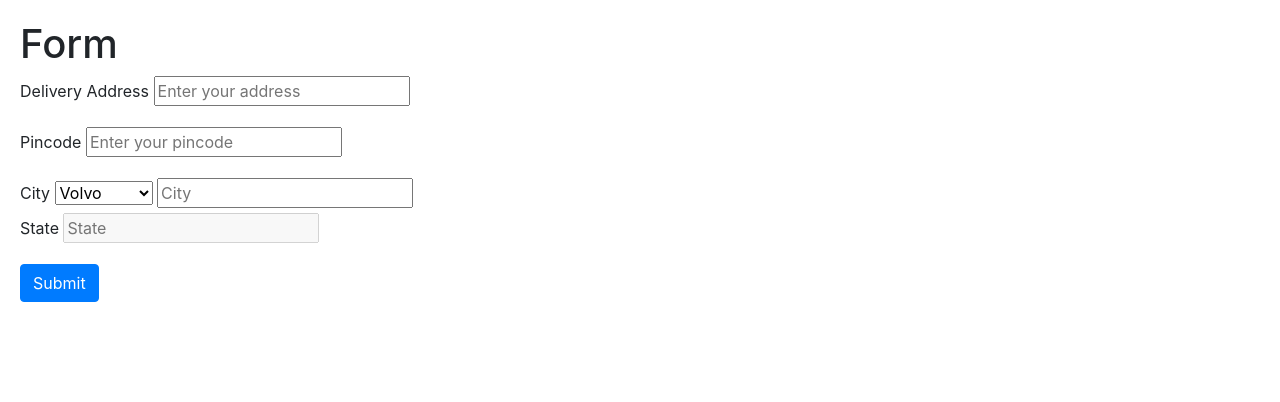
Repository: piyushj81/ComputerShop
Page: http://localhost/computershop/shopnowform.jsp
The author's editor kept a copy of each file at every save. The page is drawn from the files as they stood at one save, then again after the next save.
The browser window is 1280 px wide. The pictures show the whole page.
The page is served by Tomcat 9. Other server files are loaded and not shown.

Above is the page before, as saved 2021-10-11 06:25:55.

### computershop/WebContent/shopnowform.jsp
<%@ page language="java" contentType="text/html; charset=ISO-8859-1"
    pageEncoding="ISO-8859-1"%>
<!DOCTYPE html>
<html>
<head>
<meta charset="ISO-8859-1">
<title>Delivery form</title>
  <link rel="stylesheet" href="computershop.css">
  <link rel="stylesheet" href="https://cdnjs.cloudflare.com/ajax/libs/font-awesome/4.7.0/css/font-awesome.min.css">
  <link rel="stylesheet" href="https://cdn.jsdelivr.net/npm/bootstrap@4.5.3/dist/css/bootstrap.min.css"
    integrity="sha384-TX8t27EcRE3e/ihU7zmQxVncDAy5uIKz4rEkgIXeMed4M0jlfIDPvg6uqKI2xXr2" crossorigin="anonymous">
  <script src="https://code.jquery.com/jquery-3.5.1.slim.min.js"
    integrity="sha384-DfXdz2htPH0lsSSs5nCTpuj/zy4C+OGpamoFVy38MVBnE+IbbVYUew+OrCXaRkfj"
    crossorigin="anonymous"></script>
  <script src="https://cdn.jsdelivr.net/npm/bootstrap@4.5.3/dist/js/bootstrap.bundle.min.js"
    integrity="sha384-ho+j7jyWK8fNQe+A12Hb8AhRq26LrZ/JpcUGGOn+Y7RsweNrtN/tE3MoK7ZeZDyx"
    crossorigin="anonymous"></script>


</head>
<body>
<h1>Form</h1>
 <form  method="post"  >
  <div class="form-group">
      <label for="exampleInputEmail1">Delivery Address</label>

<input type="text" class="address" id="address" placeholder="Enter your address" required>
  </div>
  <div class="form-group">
    <label for="exampleInputEmail1">Pincode</label>

   <input type="text" class="pincode" id="pincode"  placeholder="Enter your pincode" autocomplete="pin" required > </div>
   <div class="form-group">
    <label for="exampleInputEmail1">City
    <select name="cars" id="cars">
  <option value="volvo">Volvo</option>
  <option value="saab">Saab</option>
  <option value="mercedes">Mercedes</option>
  <option value="audi">Audi</option>
</select>
 </label>


  <input type="select" class="city" id="city"    placeholder="City">
    <div class="form-group">
   <label for="exampleInputEmail1">State</label>

 <input type="text" class="state" id="state"  disabled placeholder="State"> </div>

  </div>

  <button type="submit" class="btn btn-primary">Submit</button>
</form>

</body>
</html>

### computershop/WebContent/computershop.css
.left{
    margin: -21px auto;
    margin-left: -20px;
    padding: 9px;
    background-color: black;
    width: 178%;
}
.left a{
    text-decoration: none;
    color: white;
}
.left a:hover{
    background-color: red;
    text-decoration: none;
    color: white;
}
.left button{
    width: 9%;
}
.left button:hover{
    background-color: yellow;


}
.leftright{
    float: right;
}
.mid{
    text-decoration: none;
    height: 99px;
    background-color:black;
    display: block;
    width: 178%;
    margin: 22px auto;
    margin-left: -20px;
    top:20px;
    padding: 20px;
}
.right{
    position: absolute;

    right: 60px;
    top: 42%;
    display: inline-block;
    padding: 23px;
    width: 85%;
    height: 50%;
}
.navbar{
display: inline-block;
}
.navbar li{
    display: inline-block;
    font-size: 17px;

}
.navbar li a{
color:white;
text-decoration: none;
padding: 27px;
}
.navbar li a:hover{
    background-color:red;
    text-decoration: none;
    width:70px;
    }

.peripheral{
    color:red;

    width: 167%;

}
.image {
    height: 120%;
     width: 100%;


    }
.image a:hover{
    text-decoration: none;
    background-color: yellow;
    width:150%;
    color: tomato;
}

#myho:hover{
    height: 150px;
    width: 150px;

}

.footer{
    position: absolute;
background-color:  black;
margin-left: -20px;
bottom: -230px;
  width: 100%;
  height: 40%;
  padding: 10px;
}

.footerleft li{
    list-style-type: none;
}
.footerright li{
    list-style-type: none;
}

.footerleft li a{
    text-decoration: none;
    color: white;

}
.footerleft li a:hover{
background-color: red;
text-decoration: none;

}
.footerright li a{
    text-decoration: none;
    color: white;

}
.footerright li a:hover{
    background-color: red;
text-decoration: none;

}
.fa {
    padding: 10px;
    font-size: 70px;
    width: 72px;
    text-align: center;
    text-decoration: none;
    border-radius: 70%;
    background-color: #ffffff ;
}
.fa:hover{
    text-decoration: none;
    background-color: skyblue;

}


  body {
    font-family: Arial;
    margin: 0 auto; /* Center website */
    max-width: 800px; /* Max width */
    padding: 20px;
  }

  .heading {
    font-size: 25px;
    margin-right: 25px;
  }

  .fa {
    font-size: 100px;
  }

  .checked:hover {
      background-color: white;
    color: orange;
  }

   .pics{


    padding: 40px;
    width: 127%;
    margin-left: 300px;

  }
  .pics a{
    -webkit-font-smoothing: auto;
    text-decoration: none;
    color: black;

}
.pics a:hover{
    background-color: red;
    text-decoration: none;
    }
    .centrediv{

        margin-top: -2700px;
    }
    @import url('https://fonts.googleapis.com/css?family=Raleway:100,200,300,400,500,600,700,800,900&display=swap');
html,body {
    font-family: 'Raleway', sans-serif;
}
.thankyou-page ._header {
    background: #fee028;
    padding: 100px 30px;
    text-align: center;
    background: #fee028 url(https://codexcourier.com/images/main_page.jpg) center/cover no-repeat;
}
.thankyou-page ._header .logo {
    max-width: 200px;
    margin: 0 auto 50px;
}
.thankyou-page ._header .logo img {
    width: 100%;
}
.thankyou-page ._header h1 {
    font-size: 65px;
    font-weight: 800;
    color: white;
    margin: 0;
}
.thankyou-page ._body {
    margin: -70px 0 30px;
}
.thankyou-page ._body ._box {
    margin: auto;
    max-width: 80%;
    padding: 50px;
    background: white;
    border-radius: 3px;
    box-shadow: 0 0 35px rgba(10, 10, 10,0.12);
    -moz-box-shadow: 0 0 35px rgba(10, 10, 10,0.12);
    -webkit-box-shadow: 0 0 35px rgba(10, 10, 10,0.12);
}
.thankyou-page ._body ._box h2 {
    font-size: 32px;
    font-weight: 600;
    color: #4ab74a;
}
.thankyou-page ._footer {
    text-align: center;
    padding: 50px 30px;
}

.thankyou-page ._footer .btn {
    background: #4ab74a;
    color: white;
    border: 0;
    font-size: 14px;
    font-weight: 600;
    border-radius: 0;
    letter-spacing: 0.8px;
    padding: 20px 33px;
    text-transform: uppercase;
}

After the next save:
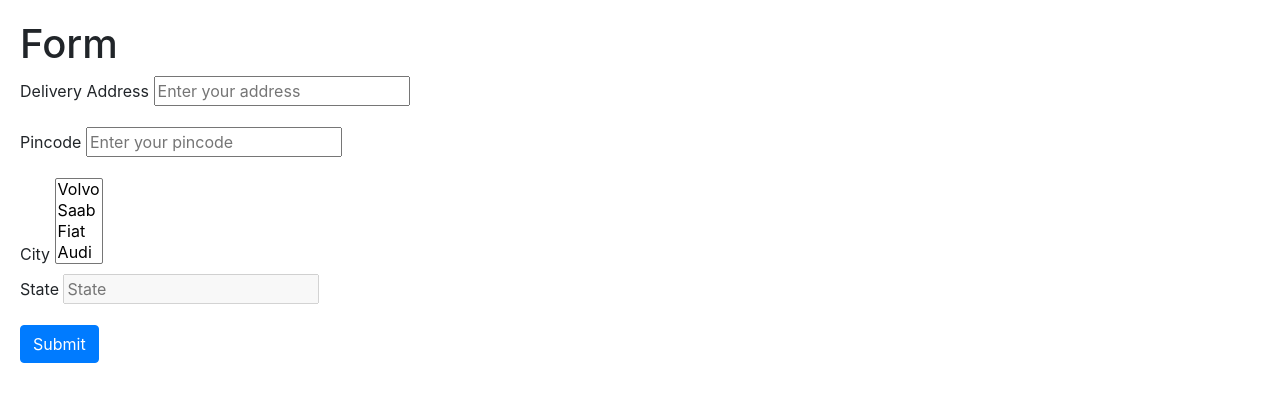
Saved 2 min 12 s later.
--- a/computershop/WebContent/shopnowform.jsp
+++ b/computershop/WebContent/shopnowform.jsp
@@ -32,16 +32,13 @@
    <input type="text" class="pincode" id="pincode"  placeholder="Enter your pincode" autocomplete="pin" required > </div>
    <div class="form-group">
     <label for="exampleInputEmail1">City
-    <select name="cars" id="cars">
+ <select id="cars" name="City" size="4" multiple>
   <option value="volvo">Volvo</option>
   <option value="saab">Saab</option>
-  <option value="mercedes">Mercedes</option>
+  <option value="fiat">Fiat</option>
   <option value="audi">Audi</option>
 </select>
- </label>
-
-
-  <input type="select" class="city" id="city"    placeholder="City">
+  </label>
     <div class="form-group">
    <label for="exampleInputEmail1">State</label>
 
